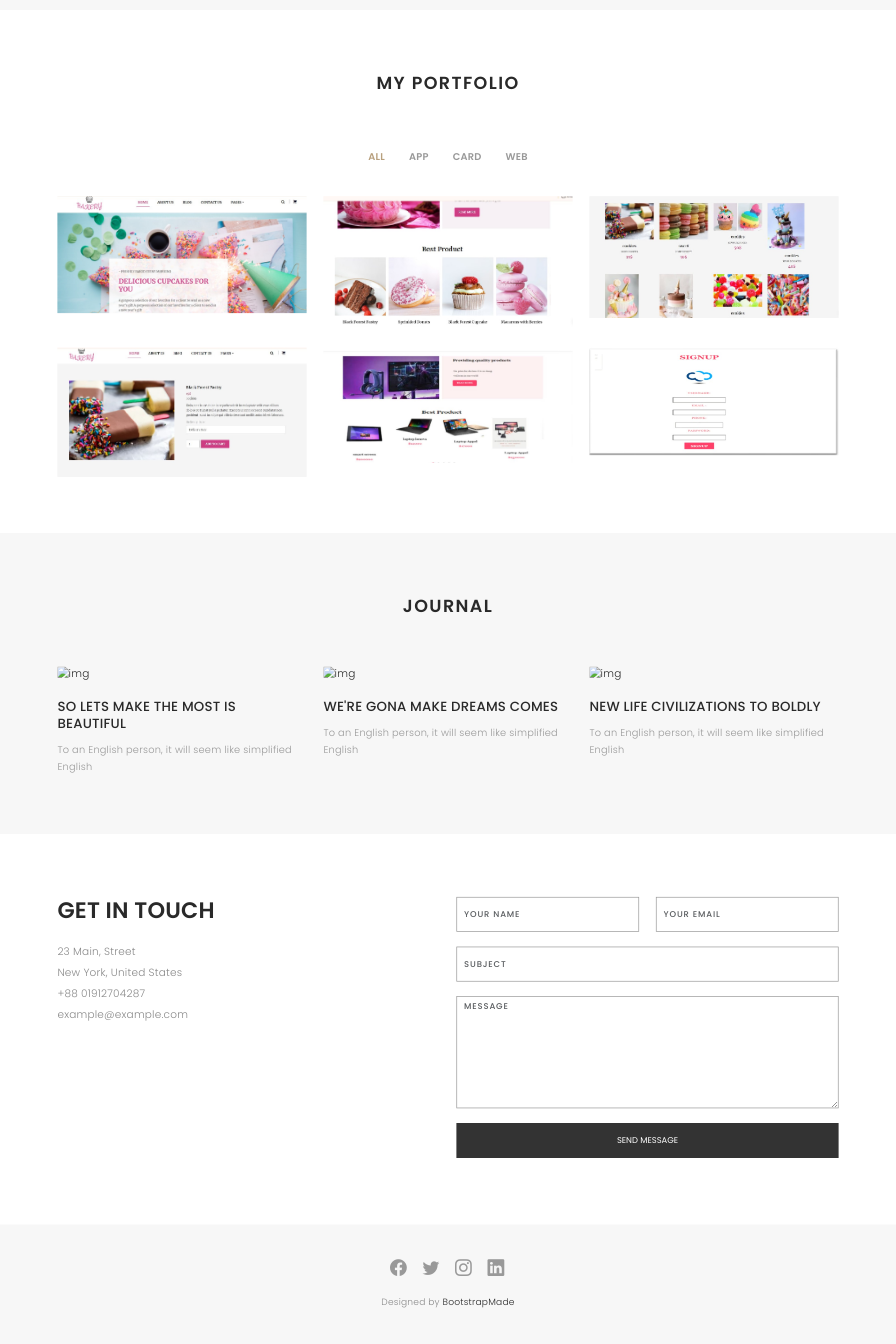
Repository: AlaaBashirSaijary/Library
Page: http://localhost/home
These files come from the project's save history. The page is drawn as it stood at one moment and after the next save; the edit follows.
The browser window is 1280 px wide. The pictures show the part of the page from y = 1586 to 3506 px (the page is 3506 px tall before and 3486 px after), at 70% of full size.
Some web fonts or font styles are not loaded; a fallback is used. The page is served by the project's Laravel application, run on PHP 8.4 with Laravel 10. Other server files are loaded and not shown.

Above is the page before, as saved 2024-01-04 15:35:47.

### routes/web.php
<?php

use Illuminate\Support\Facades\Route;

/*
|--------------------------------------------------------------------------
| Web Routes
|--------------------------------------------------------------------------
|
| Here is where you can register web routes for your application. These
| routes are loaded by the RouteServiceProvider and all of them will
| be assigned to the "web" middleware group. Make something great!
|
*/

Route::get('/', function () {
    return view('welcome');
});
Route::get('/home', function () {
    return view('pages.home');
});

### resources/views/pages/home.blade.php
@extends("master.app")

@section("content")
  <!-- ======= Hero Section ======= -->
  <div id="hero" class="home">

    <div class="container">
      <div class="hero-content">
        <h1>I'm <span class="typed" data-typed-items="Alaa Saijary,Website  Developer ,Website Tester,Mobile App Developer , Freelancer, Writer"></span></h1>
        <p>Website  Developer ,Website Tester,Mobile App Developer , Freelancer, Writer</p>

        <ul class="list-unstyled list-social">
          <li><a href="#"><i class="bi bi-facebook"></i></a></li>
          <li><a href="#"><i class="bi bi-twitter"></i></a></li>
          <li><a href="#"><i class="bi bi-instagram"></i></a></li>
          <li><a href="#"><i class="bi bi-linkedin"></i></a></li>
        </ul>
      </div>
    </div>
  </div><!-- End Hero -->

  <main id="main">

    <!-- ======= About Section ======= -->
    <div id="about" class="paddsection">
      <div class="container">
        <div class="row justify-content-between">

          <div class="col-lg-4 ">
            <div class="div-img-bg">
              <div class="about-img">
                <img src="{{ asset('img/me.jpg') }}" class="img-responsive" alt="me">
              </div>
            </div>
          </div>

          <div class="col-lg-7">
            <div class="about-descr">

              <p class="p-heading">im a ux /ui designer austin based who loves clean, simple & unique design. i also enjoy crafting brand identities, icons, & ilustration work. </p>
              <p class="separator">To an English person, it will seem like simplified English, as a skeptical Cambridge friend of mine told me what Occidental is. The European languages are members of the same family.English person.</p>

            </div>

          </div>
        </div>
      </div>
    </div><!-- End About Section -->

    <!-- ======= Services Section ======= -->
    <div id="services">
      <div class="container">

        <div class="services-slider swiper" data-aos="fade-up" data-aos-delay="100">
          <div class="swiper-wrapper">

            <div class="swiper-slide">
              <div class="services-block">
                <i class="bi bi-briefcase"></i>
                <span>UI/UX DESIGN</span>
                <p class="separator">To an English person, it will seem like simplified English,told me what </p>
              </div>
            </div><!-- End testimonial item -->

            <div class="swiper-slide">
              <div class="services-block">
                <i class="bi bi-card-checklist"></i>
                <span>BRAND IDENTITY</span>
                <p class="separator">To an English person, it will seem like simplified English,told me what </p>
              </div>
            </div><!-- End testimonial item -->

            <div class="swiper-slide">
              <div class="services-block">
                <i class="bi bi-bar-chart"></i>
                <span>WEB DESIGN</span>
                <p class="separator">To an English person, it will seem like simplified English,told me what </p>
              </div>
            </div><!-- End testimonial item -->

            <div class="swiper-slide">
              <div class="services-block">
                <i class="bi bi-binoculars"></i>
                <span>MOBILE APPS</span>
                <p class="separator">To an English person, it will seem like simplified English,told me what </p>
              </div>
            </div><!-- End testimonial item -->

            <div class="swiper-slide">
              <div class="services-block">
                <i class="bi bi-brightness-high"></i>
                <span>Analytics</span>
                <p class="separator">To an English person, it will seem like simplified English,told me what </p>
              </div>
            </div><!-- End testimonial item -->

            <div class="swiper-slide">
              <div class="services-block">
                <i class="bi bi-calendar4-week"></i>
                <span>PHOTOGRAPHY</span>
                <p class="separator">To an English person, it will seem like simplified English,told me what </p>
              </div>
            </div><!-- End testimonial item -->

          </div>
          <div class="swiper-pagination"></div>
        </div>

      </div>

    </div><!-- End Services Section -->

    <!-- ======= Portfolio Section ======= -->
    <div id="portfolio" class="paddsection">

      <div class="container">
        <div class="section-title text-center">
          <h2>My Portfolio</h2>
        </div>
      </div>

      <div class="container">

        <div class="row">
          <div class="col-lg-12 d-flex justify-content-center">
            <ul id="portfolio-flters">
              <li data-filter="*" class="filter-active">All</li>
              <li data-filter=".filter-app">App</li>
              <li data-filter=".filter-card">Card</li>
              <li data-filter=".filter-web">Web</li>
            </ul>
          </div>
        </div>

        <div class="row portfolio-container">

          <div class="col-lg-4 col-md-6 portfolio-item filter-app">
            <img src="assets/img/portfolio/portfolio-1.jpg" class="img-fluid" alt="">
            <div class="portfolio-info">
              <h4>App 1</h4>
              <p>App</p>
              <a href="assets/img/portfolio/portfolio-1.jpg" data-gallery="portfolioGallery" class="portfolio-lightbox preview-link" title="App 1"><i class="bx bx-plus"></i></a>
              <a href="portfolio-details.html" class="details-link" title="More Details"><i class="bx bx-link"></i></a>
            </div>
          </div>

          <div class="col-lg-4 col-md-6 portfolio-item filter-web">
            <img src="assets/img/portfolio/portfolio-2.jpg" class="img-fluid" alt="">
            <div class="portfolio-info">
              <h4>Web 3</h4>
              <p>Web</p>
              <a href="assets/img/portfolio/portfolio-2.jpg" data-gallery="portfolioGallery" class="portfolio-lightbox preview-link" title="Web 3"><i class="bx bx-plus"></i></a>
              <a href="portfolio-details.html" class="details-link" title="More Details"><i class="bx bx-link"></i></a>
            </div>
          </div>

          <div class="col-lg-4 col-md-6 portfolio-item filter-app">
            <img src="assets/img/portfolio/portfolio-3.jpg" class="img-fluid" alt="">
            <div class="portfolio-info">
              <h4>App 2</h4>
              <p>App</p>
              <a href="assets/img/portfolio/portfolio-3.jpg" data-gallery="portfolioGallery" class="portfolio-lightbox preview-link" title="App 2"><i class="bx bx-plus"></i></a>
              <a href="portfolio-details.html" class="details-link" title="More Details"><i class="bx bx-link"></i></a>
            </div>
          </div>

          <div class="col-lg-4 col-md-6 portfolio-item filter-card">
            <img src="assets/img/portfolio/portfolio-4.jpg" class="img-fluid" alt="">
            <div class="portfolio-info">
              <h4>Card 2</h4>
              <p>Card</p>
              <a href="assets/img/portfolio/portfolio-4.jpg" data-gallery="portfolioGallery" class="portfolio-lightbox preview-link" title="Card 2"><i class="bx bx-plus"></i></a>
              <a href="portfolio-details.html" class="details-link" title="More Details"><i class="bx bx-link"></i></a>
            </div>
          </div>

          <div class="col-lg-4 col-md-6 portfolio-item filter-web">
            <img src="assets/img/portfolio/portfolio-5.jpg" class="img-fluid" alt="">
            <div class="portfolio-info">
              <h4>Web 2</h4>
              <p>Web</p>
              <a href="assets/img/portfolio/portfolio-5.jpg" data-gallery="portfolioGallery" class="portfolio-lightbox preview-link" title="Web 2"><i class="bx bx-plus"></i></a>
              <a href="portfolio-details.html" class="details-link" title="More Details"><i class="bx bx-link"></i></a>
            </div>
          </div>

          <div class="col-lg-4 col-md-6 portfolio-item filter-app">
            <img src="assets/img/portfolio/portfolio-6.jpg" class="img-fluid" alt="">
            <div class="portfolio-info">
              <h4>App 3</h4>
              <p>App</p>
              <a href="assets/img/portfolio/portfolio-6.jpg" data-gallery="portfolioGallery" class="portfolio-lightbox preview-link" title="App 3"><i class="bx bx-plus"></i></a>
              <a href="portfolio-details.html" class="details-link" title="More Details"><i class="bx bx-link"></i></a>
            </div>
          </div>

        </div>

      </div>

    </div><!-- End Portfolio Section -->

    <!-- ======= Journal Section ======= -->
    <div id="journal" class="text-left paddsection">

      <div class="container">
        <div class="section-title text-center">
          <h2>journal</h2>
        </div>
      </div>

      <div class="container">
        <div class="journal-block">
          <div class="row">

            <div class="col-lg-4 col-md-6">
              <div class="journal-info">

                <a href="blog-single.html"><img src="assets/img/blog-post-1.jpg" class="img-responsive" alt="img"></a>

                <div class="journal-txt">

                  <h4><a href="blog-single.html">SO LETS MAKE THE MOST IS BEAUTIFUL</a></h4>
                  <p class="separator">To an English person, it will seem like simplified English
                  </p>

                </div>

              </div>
            </div>

            <div class="col-lg-4 col-md-6">
              <div class="journal-info">

                <a href="blog-single.html"><img src="assets/img/blog-post-2.jpg" class="img-responsive" alt="img"></a>

                <div class="journal-txt">

                  <h4><a href="blog-single.html">WE'RE GONA MAKE DREAMS COMES</a></h4>
                  <p class="separator">To an English person, it will seem like simplified English
                  </p>

                </div>

              </div>
            </div>

            <div class="col-lg-4 col-md-6">
              <div class="journal-info">

                <a href="blog-single.html"><img src="assets/img/blog-post-3.jpg" class="img-responsive" alt="img"></a>

                <div class="journal-txt">

                  <h4><a href="blog-single.html">NEW LIFE CIVILIZATIONS TO BOLDLY</a></h4>
                  <p class="separator">To an English person, it will seem like simplified English
                  </p>

                </div>

              </div>
            </div>

          </div>
        </div>
      </div>

    </div><!-- End Journal Section -->

    <!-- ======= Contact Section ======= -->
    <div id="contact" class="paddsection">
      <div class="container">
        <div class="contact-block1">
          <div class="row">

            <div class="col-lg-6">
              <div class="contact-contact">

                <h2 class="mb-30">GET IN TOUCH</h2>

                <ul class="contact-details">
                  <li><span>23 Main, Street</span></li>
                  <li><span>New York, United States</span></li>
                  <li><span>+88 01912704287</span></li>
                  <li><span>example@example.com</span></li>
                </ul>

              </div>
            </div>

            <div class="col-lg-6">
              <form action="forms/contact.php" method="post" role="form" class="php-email-form">
                <div class="row gy-3">

                  <div class="col-lg-6">
                    <div class="form-group contact-block1">
                      <input type="text" name="name" class="form-control" id="name" placeholder="Your Name" required>
                    </div>
                  </div>

                  <div class="col-lg-6">
                    <div class="form-group">
                      <input type="email" class="form-control" name="email" id="email" placeholder="Your Email" required>
                    </div>
                  </div>

                  <div class="col-lg-12">
                    <div class="form-group">
                      <input type="text" class="form-control" name="subject" id="subject" placeholder="Subject" required>
                    </div>
                  </div>

                  <div class="col-lg-12">
                    <div class="form-group">
                      <textarea class="form-control" name="message" placeholder="Message" required></textarea>
                    </div>
                  </div>

                  <div class="col-lg-12">
                    <div class="loading">Loading</div>
                    <div class="error-message"></div>
                    <div class="sent-message">Your message has been sent. Thank you!</div>
                  </div>

                  <div class="mt-0">
                    <input type="submit" class="btn btn-defeault btn-send" value="Send message">
                  </div>

                </div>
              </form>
            </div>
          </div>
        </div>
      </div>
    </div><!-- End Contact Section -->

  </main><!-- End #main -->

@endsection

### resources/views/master/app.blade.php
<!DOCTYPE html>
<html lang="en">

<head>
  <meta charset="utf-8">
  <meta content="width=device-width, initial-scale=1.0" name="viewport">

  <title>Folio Bootstrap Template - Index</title>
  <meta content="" name="description">
  <meta content="" name="keywords">

  <!-- Favicons -->
  <link href="{{ asset("img/favicon.png") }}" rel="icon">
  <link href="{{ asset("img/apple-touch-icon.png") }}" rel="apple-touch-icon">

  <!-- Google Fonts -->
  <link href="https://fonts.googleapis.com/css?family=Poppins:300,300i,400,400i,500,500i,600,600i,700,700i|Playfair+Display:400,400i,500,500i,600,600i,700,700i,900,900i" rel="stylesheet">

  <!-- Vendor CSS Files -->
  <link href='{{asset("vendor/bootstrap/css/bootstrap.min.css")  }}' rel="stylesheet">
  <link href='{{asset("vendor/bootstrap-icons/bootstrap-icons.css")  }}' rel="stylesheet">
  <link href='{{asset("vendor/boxicons/css/boxicons.min.css")  }}' rel="stylesheet">
  <link href='{{asset("vendor/glightbox/css/glightbox.min.css")  }}' rel="stylesheet">
  <link href='{{asset("vendor/swiper/swiper-bundle.min.css")  }}' rel="stylesheet">

  <!-- Template Main CSS File -->
  <link href='{{ asset("css/style.css") }}' rel="stylesheet">

  <!-- =======================================================
  * Template Name: Folio
  * Updated: Nov 17 2023 with Bootstrap v5.3.2
  * Template URL: https://bootstrapmade.com/folio-bootstrap-portfolio-template/
  * Author: BootstrapMade.com
  * License: https://bootstrapmade.com/license/
  ======================================================== -->
</head>

<body>


@include("master.header")
@yield("content")
@include("master.footer")


  <a href="#" class="back-to-top d-flex align-items-center justify-content-center"><i class="bi bi-arrow-up-short"></i></a>

  <!-- Vendor JS Files -->
  <script src='{{ asset("vendor/bootstrap/js/bootstrap.bundle.min.js") }}'></script>
  <script src='{{ asset("vendor/glightbox/js/glightbox.min.js") }}'></script>
  <script src='{{ asset("vendor/isotope-layout/isotope.pkgd.min.js") }}'></script>
  <script src='{{ asset("vendor/swiper/swiper-bundle.min.js") }}'></script>
  <script src='{{ asset("vendor/typed.js/typed.umd.js") }}'></script>
  <script src='{{ asset("vendor/php-email-form/validate.js") }}'></script>

  <!-- Template Main JS File -->
  <script src='{{ asset("js/main.js") }}'></script>

</body>

</html>

### resources/views/master/header.blade.php
  <!-- ======= Header ======= -->
  <header id="header" class="fixed-top ">
    <div class="container d-flex align-items-center justify-content-between">

      <a href="index.html" class="logo"><img src="assets/img/logo.png" alt="" class="img-fluid"></a>
      <!-- Uncomment below if you prefer to use an text logo -->
      <!-- <h1 class="logo"><a href="index.html">Folio</a></h1> -->

      <nav id="navbar" class="navbar">
        <ul>
          <li><a class="nav-link scrollto active" href="#hero">Home</a></li>
          <li><a class="nav-link scrollto" href="#about">About</a></li>
          <li><a class="nav-link  scrollto" href="#portfolio">Portfolio</a></li>
          <li><a class="nav-link  scrollto" href="#journal">Blog</a></li>
          <li class="dropdown"><a href="#"><span>Drop Down</span> <i class="bi bi-chevron-down"></i></a>
            <ul>
              <li><a href="#">Drop Down 1</a></li>
              <li class="dropdown"><a href="#"><span>Deep Drop Down</span> <i class="bi bi-chevron-right"></i></a>
                <ul>
                  <li><a href="#">Deep Drop Down 1</a></li>
                  <li><a href="#">Deep Drop Down 2</a></li>
                  <li><a href="#">Deep Drop Down 3</a></li>
                  <li><a href="#">Deep Drop Down 4</a></li>
                  <li><a href="#">Deep Drop Down 5</a></li>
                </ul>
              </li>
              <li><a href="#">Drop Down 2</a></li>
              <li><a href="#">Drop Down 3</a></li>
              <li><a href="#">Drop Down 4</a></li>
            </ul>
          </li>
          <li><a class="nav-link scrollto" href="#contact">Contact</a></li>
        </ul>
        <i class="bi bi-list mobile-nav-toggle"></i>
      </nav><!-- .navbar -->

    </div>
  </header><!-- End Header -->

### resources/views/master/footer.blade.php
<div id="footer" class="text-center">
    <div class="container">
      <div class="socials-media text-center">

        <ul class="list-unstyled">
          <li><a href="#"><i class="bi bi-facebook"></i></a></li>
          <li><a href="#"><i class="bi bi-twitter"></i></a></li>
          <li><a href="#"><i class="bi bi-instagram"></i></a></li>
          <li><a href="#"><i class="bi bi-linkedin"></i></a></li>
        </ul>

      </div>



      <div class="credits">
        <!--
        All the links in the footer should remain intact.
        You can delete the links only if you purchased the pro version.
        Licensing information: https://bootstrapmade.com/license/
        Purchase the pro version with working PHP/AJAX contact form: https://bootstrapmade.com/buy/?theme=Folio
      -->
        Designed by <a href="https://bootstrapmade.com/">BootstrapMade</a>
      </div>

    </div>
  </div><!-- End Footer -->

Loaded but not shown: public/js/main.js (263 lines, source omitted); public/css/style.css (1546 lines, source omitted)

After the next save:
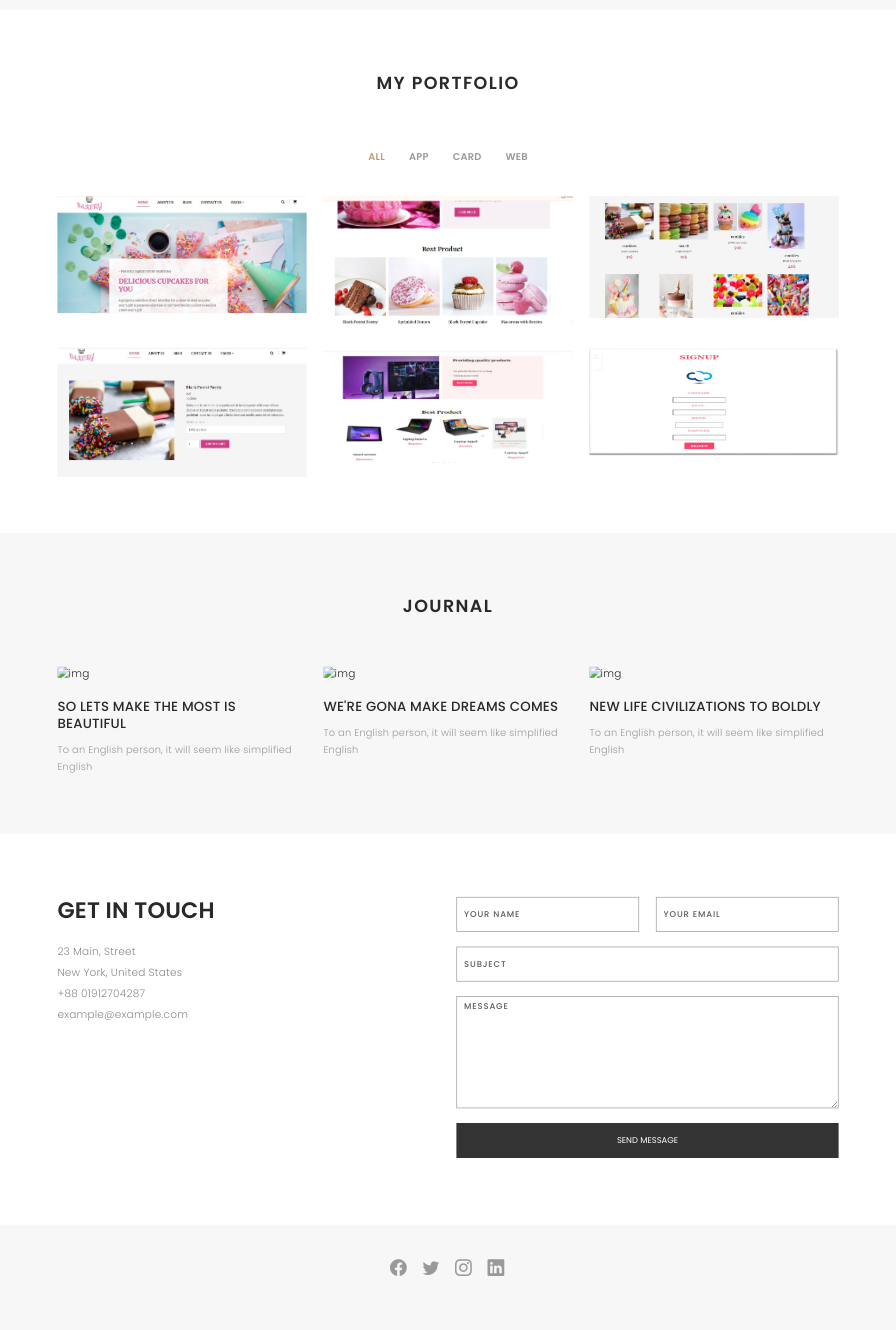
Saved 23 s later.
--- a/resources/views/master/footer.blade.php
+++ b/resources/views/master/footer.blade.php
@@ -20,8 +20,7 @@
         Licensing information: https://bootstrapmade.com/license/
         Purchase the pro version with working PHP/AJAX contact form: https://bootstrapmade.com/buy/?theme=Folio
       -->
-        Designed by <a href="https://bootstrapmade.com/">BootstrapMade</a>
-      </div>
+
 
     </div>
   </div><!-- End Footer -->
